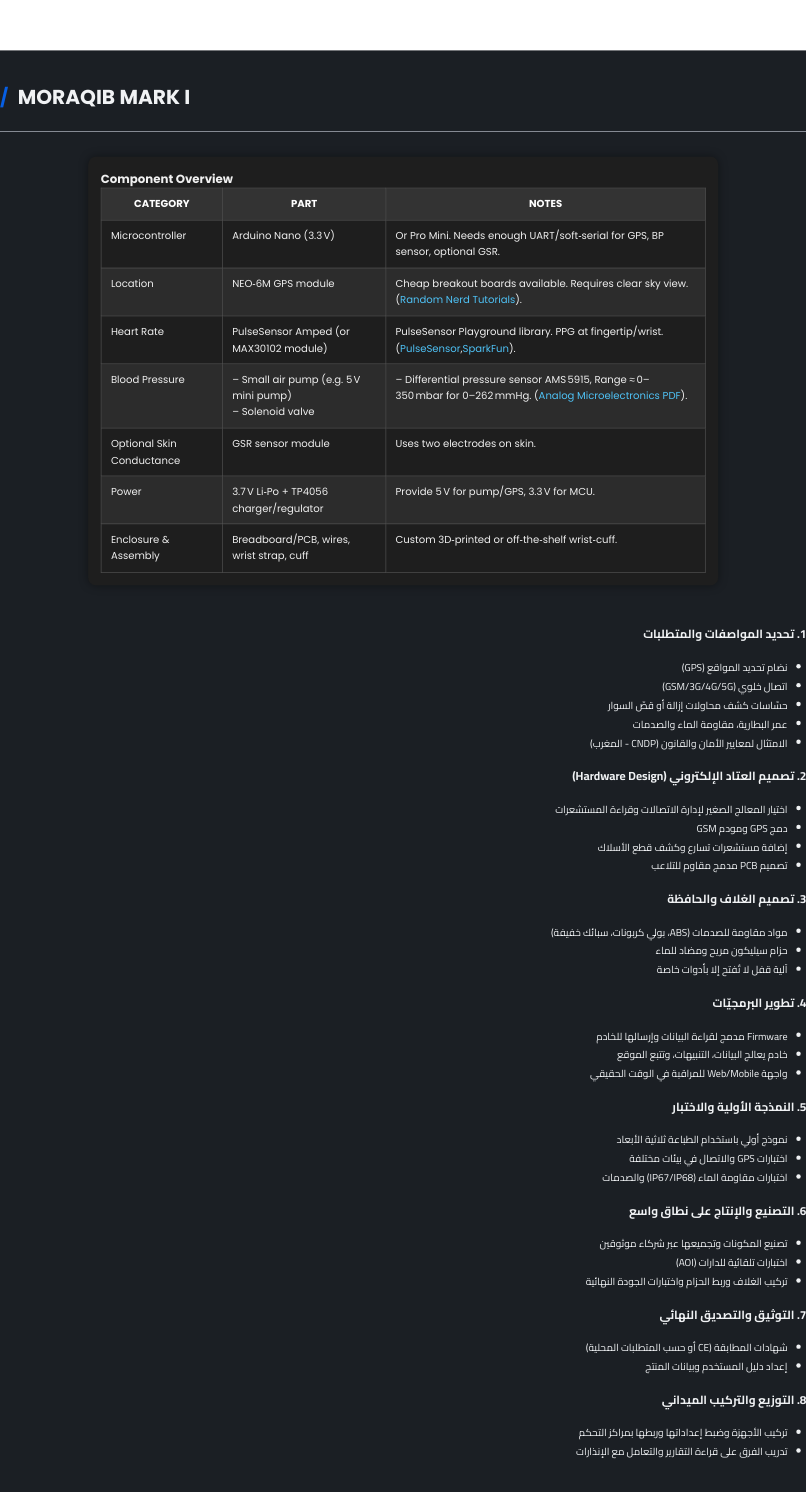
Repository: ayoubgharts/nextjs_protfolio
Page: /tutorials
The author's editor kept a copy of each file at every save. The page is drawn from the files as they stood at one save, then again after the next save.
The browser window is 1280 px wide. The pictures show the whole page, at 63% of full size.
The project was rebuilt for these pictures with package versions that can differ from the ones it lists, and the page was loaded fresh each time. The framework's server and built-in components were replaced by stand-ins that run in the browser. Also part of the build but not shown: next.config.mjs.

Above is the page before, as saved 2025-06-01 00:56:43.

### src/app/tutorials/page.jsx
// pages/tutorials.js
import Link from "next/link";
import styles from "./tutorials.module.css";

import { Container } from "react-bootstrap";

import SectionTitle from "@/components/buttons/section-title/SectionTitle";

export default function Tutorials() {
  return (
    <main className={styles.tutorials}>
      <Container>
        <SectionTitle textContent={"MORAQIB mark I"} />

<div className={styles.tableWrapper}>
      <h3>Component Overview</h3>
      <table className={styles.partsTable}>
        <thead>
          <tr>
            <th>Category</th>
            <th>Part</th>
            <th>Notes</th>
          </tr>
        </thead>
        <tbody>
          <tr>
            <td>Microcontroller</td>
            <td>Arduino Nano (3.3 V)</td>
            <td>Or Pro Mini. Needs enough UART/soft‑serial for GPS, BP sensor, optional GSR.</td>
          </tr>
          <tr>
            <td>Location</td>
            <td>NEO‑6M GPS module</td>
            <td>
              Cheap breakout boards available. Requires clear sky view.
              (<a href="https://randomnerdtutorials.com/guide-to-neo-6m-gps-module-with-arduino/?utm_source=chatgpt.com" target="_blank">Random Nerd Tutorials</a>).
            </td>
          </tr>
          <tr>
            <td>Heart Rate</td>
            <td>PulseSensor Amped (or MAX30102 module)</td>
            <td>
              PulseSensor Playground library. PPG at fingertip/wrist.
              (<a href="https://pulsesensor.com/pages/code-and-guide?utm_source=chatgpt.com" target="_blank">PulseSensor</a>,
              <a href="https://www.sparkfun.com/pulse-sensor.html?utm_source=chatgpt.com" target="_blank">SparkFun</a>).
            </td>
          </tr>
          <tr>
            <td>Blood Pressure</td>
            <td>
              – Small air pump (e.g. 5 V mini pump)<br />– Solenoid valve
            </td>
            <td>
              – Differential pressure sensor AMS 5915, Range ≈ 0–350 mbar for 0–262 mmHg.
              (<a href="https://www.analog-micro.com/products/pressure-sensors/board-mount-pressure-sensors/ams5915/ams5915-an03.pdf?utm_source=chatgpt.com" target="_blank">Analog Microelectronics PDF</a>).
            </td>
          </tr>
          <tr>
            <td>Optional Skin Conductance</td>
            <td>GSR sensor module</td>
            <td>Uses two electrodes on skin.</td>
          </tr>
          <tr>
            <td>Power</td>
            <td>3.7 V Li‑Po + TP4056 charger/regulator</td>
            <td>Provide 5 V for pump/GPS, 3.3 V for MCU.</td>
          </tr>
          <tr>
            <td>Enclosure & Assembly</td>
            <td>Breadboard/PCB, wires, wrist strap, cuff</td>
            <td>Custom 3D‑printed or off‑the‑shelf wrist‑cuff.</td>
          </tr>
        </tbody>
      </table>
    </div>

        <div className={styles.project}>
          <h3>1. تحديد المواصفات والمتطلبات</h3>
          <ul>
            <li>نضام تحديد المواقع (GPS)</li>
            <li>اتصال خلوي (GSM/3G/4G/5G)</li>
            <li>حسّاسات كشف محاولات إزالة أو قصّ السوار</li>
            <li>عمر البطارية، مقاومة الماء والصدمات</li>
            <li>الامتثال لمعايير الأمان والقانون (CNDP - المغرب)</li>
          </ul>

          <h3>2. تصميم العتاد الإلكتروني (Hardware Design)</h3>
          <ul>
            <li>اختيار المعالج الصغير لإدارة الاتصالات وقراءة المستشعرات</li>
            <li>دمج GPS ومودم GSM</li>
            <li>إضافة مستشعرات تسارع وكشف قطع الأسلاك</li>
            <li>تصميم PCB مدمج مقاوم للتلاعب</li>
          </ul>

          <h3>3. تصميم الغلاف والحافظة</h3>
          <ul>
            <li>مواد مقاومة للصدمات (ABS، بولي كربونات، سبائك خفيفة)</li>
            <li>حزام سيليكون مريح ومضاد للماء</li>
            <li>آلية قفل لا تُفتح إلا بأدوات خاصة</li>
          </ul>

          <h3>4. تطوير البرمجيّات</h3>
          <ul>
            <li>Firmware مدمج لقراءة البيانات وإرسالها للخادم</li>
            <li>خادم يعالج البيانات، التنبيهات، وتتبع الموقع</li>
            <li>واجهة Web/Mobile للمراقبة في الوقت الحقيقي</li>
          </ul>

          <h3>5. النمذجة الأولية والاختبار</h3>
          <ul>
            <li>نموذج أولي باستخدام الطباعة ثلاثية الأبعاد</li>
            <li>اختبارات GPS والاتصال في بيئات مختلفة</li>
            <li>اختبارات مقاومة الماء (IP67/IP68) والصدمات</li>
          </ul>

          <h3>6. التصنيع والإنتاج على نطاق واسع</h3>
          <ul>
            <li>تصنيع المكونات وتجميعها عبر شركاء موثوقين</li>
            <li>اختبارات تلقائية للدارات (AOI)</li>
            <li>تركيب الغلاف وربط الحزام واختبارات الجودة النهائية</li>
          </ul>

          <h3>7. التوثيق والتصديق النهائي</h3>
          <ul>
            <li>شهادات المطابقة (CE أو حسب المتطلبات المحلية)</li>
            <li>إعداد دليل المستخدم وبيانات المنتج</li>
          </ul>

          <h3>8. التوزيع والتركيب الميداني</h3>
          <ul>
            <li>تركيب الأجهزة وضبط إعداداتها وربطها بمراكز التحكم</li>
            <li>تدريب الفرق على قراءة التقارير والتعامل مع الإنذارات</li>
          </ul>

        </div>
      </Container>
    </main>
  );
}

### src/app/globals.css

/*? import google font 'Poppins' */
@import url('https://fonts.googleapis.com/css2?family=Poppins:wght@100;200;300;400;500;600;700&family=Raleway:ital,wght@0,100..900;1,100..900&display=swap');

/*? all variables */
:root {
  /*. Web colors vars */
  --dark:      #1b1f24;
  --dark-fixed:      #1b1f24;
  --dark-300:  #23282f;
  --dark-400:  #2b323b;
  --dark-300-opacity:  #23282fab;
  --dark-400-opacity:  #2b323bb0;
  --dark-300-fixed:#282c31;
  --dark-500:  #333c47;
  --dark-600:  #4d5a6a;
  --dark-700:  #778392;
  --dark-800:  #9da6b3;

  --light:     #f0f2f4;
  --light-fixed:     #f0f2f4;
  --light-300: #454649;
  --light-400: #c3cad5;
  --light-500: #8895aa;

  --primary:   #075fe4;
  --primary-dark:   #12499c;
  --primary-light:   #6b93cf;
  --success:   #11845b;
  --danger:    #c6303e;
  --danger-dark:    #992934;
  --warning:   #fd7e14;

  --purple:    #4c0bce;
  --purple-dark:    #330f7c;
  --violet:    #712cf9;
  --pink:    #f92c8c;
  --yellow:    #ffc107;
  --green:     #198754;
  --teal:      #20c997;
  --cyan:      #0dcaf0;

  /*. Mobile Var Colors */
  --mobile-dark:      #1b1f24;
  --mobile-light:     #f0f2f4;
  --mobile-dark-300:  #23282f;
  --mobile-dark-500:  #333c47;
  --mobile-dark-700:  #778392;



  /*. transitions vars */
  --trans-03: all ease .3s;
  --trans-05: all ease .5s;

  /*. border radius vars */
  --br-8: 8px;
  --br-50: 50px;

  /*. padding global default */
  --container-120: 0 120px;
  --container-60: 0 60px;
  --container-20: 0 20px;

  /*. buttons vars */
  --btn-padding: 10px 25px;
  --btn-font-size: 1.2rem;
  --btn-font-media: 0.9rem;
  --light-btn:#f0f2f4;

}


/* Light mode overrides */
.light-mode {

  /*. web switch colors */
  --dark:       #e0e3e6;
  --dark-300:  #cdd6e2;
  --dark-400:  #c7cfd8;
  --dark-300-opacity:  #b6bfccab;
  --dark-400-opacity:  #b5bfccb0;
  --dark-500:   #c2c8d3;
  --dark-600:  #4d5a6a;
  --dark-700:  #eff3f7;
  --dark-800:  #757c85;

  --light:     #1b1f24;
  --light-300: #dde1e9;
  --light-400: #c3cad5;
  --light-500: #8895aa;

  /*. mobile switch colors */
  --mobile-dark:      #f0f2f4;
  --mobile-light:     #1b1f24;
  --mobile-dark-500:  #b5bcc4;
  --mobile-dark-700:  #778392;
  --mobile-dark-300:  #e4e7ec;
}


/*? Global Styles */
*{
  font-family: "Poppins", sans-serif;
  box-sizing: border-box;
  padding: 0;
  margin: 0;
}

body {
  font-family: "Poppins", sans-serif;
  box-sizing: border-box;
  padding: 0;
  margin: 0;
}

/*? Normalise */
a, Link{
  color: var(--cyan);
  text-decoration: none !important;
}
ul{
  list-style: none;
  margin: 0;
  padding: 0;
}
ul li{
  margin: 0;
  padding: 0;
}
h1, h2, h3, h4, h5{
  margin: 0;
  padding: 0;
}

i{
  margin: 0;
  padding: 0;
}

.container{
  transition: var(--trans-03);
}

### src/app/tutorials/tutorials.module.css

/*? import google font 'Cairo' */
@import url('https://fonts.googleapis.com/css2?family=Cairo:wght@200..1000&display=swap');


.tutorials{
    margin-top: 80px;
    background: var(--dark);
    padding: 50px 0;
    transition: var(--trans-03);
    text-align: start;
    color: var(--light);
}

.button{
    outline: none;
    border: none;
    background: var(--primary);
    color: var(--light-fixed);
    width: 100%;
    padding: 15px 25px;
    border-radius: 10px;
    margin-top: 30px;
    transition: var(--trans-03);
}

.button:hover{
    background: var(--primary-dark);
}

.project{
    display: flex;
    flex-direction: column;
    width: 100%;
    direction: rtl;
}
.project h3{
    margin: 20px 0;
    font-family: "Cairo";
}
.project ul li{
    font-family: "Cairo";
    list-style-type: disc;
    margin-right: 30px;
}



.tableWrapper {
  margin: 40px auto;
  padding: 20px;
  background-color: #1e1e1e;
  border-radius: 12px;
  box-shadow: 0 0 15px rgba(0, 0, 0, 0.4);
  max-width: 1000px;
  color: #f0f0f0;
}

.partsTable {
  width: 100%;
  border-collapse: collapse;
  text-align: start;
  font-size: 16px;
  line-height: 1.6;
}

.partsTable th,
.partsTable td {
  border: 1px solid #555;
  padding: 12px 15px;
  vertical-align: top;
}

.partsTable thead th {
  background-color: #333;
  color: #fff;
  font-weight: bold;
  text-transform: uppercase;
}

.partsTable tbody tr:nth-child(even) {
  background-color: #2c2c2c;
}

.partsTable a {
  color: #4fc3f7;
  text-decoration: none;
}

.partsTable a:hover {
  text-decoration: underline;
}

### src/components/buttons/section-title/SectionTitle.jsx
import styles from './title.module.css';

export default function SectionTitle({textContent}){
    return(
        <h2 className={styles.h2}>
            {textContent}
        </h2>
    )
}

### src/components/buttons/section-title/title.module.css
.h2{
    font-size: 2rem;
    font-weight: 700;
    text-transform: uppercase;
    color: var(--light);
    width: 100%;
    border-bottom: solid 1.2px var(--light-400);
    margin-bottom: 30px;
    padding-bottom: 30px;
}

.h2::before{
    content: '/';
    color: var(--primary);
    margin-right: 15px;
    font-size: 1.8rem;
}

Loaded but not shown: src/app/layout.js (common file)

After the next save:
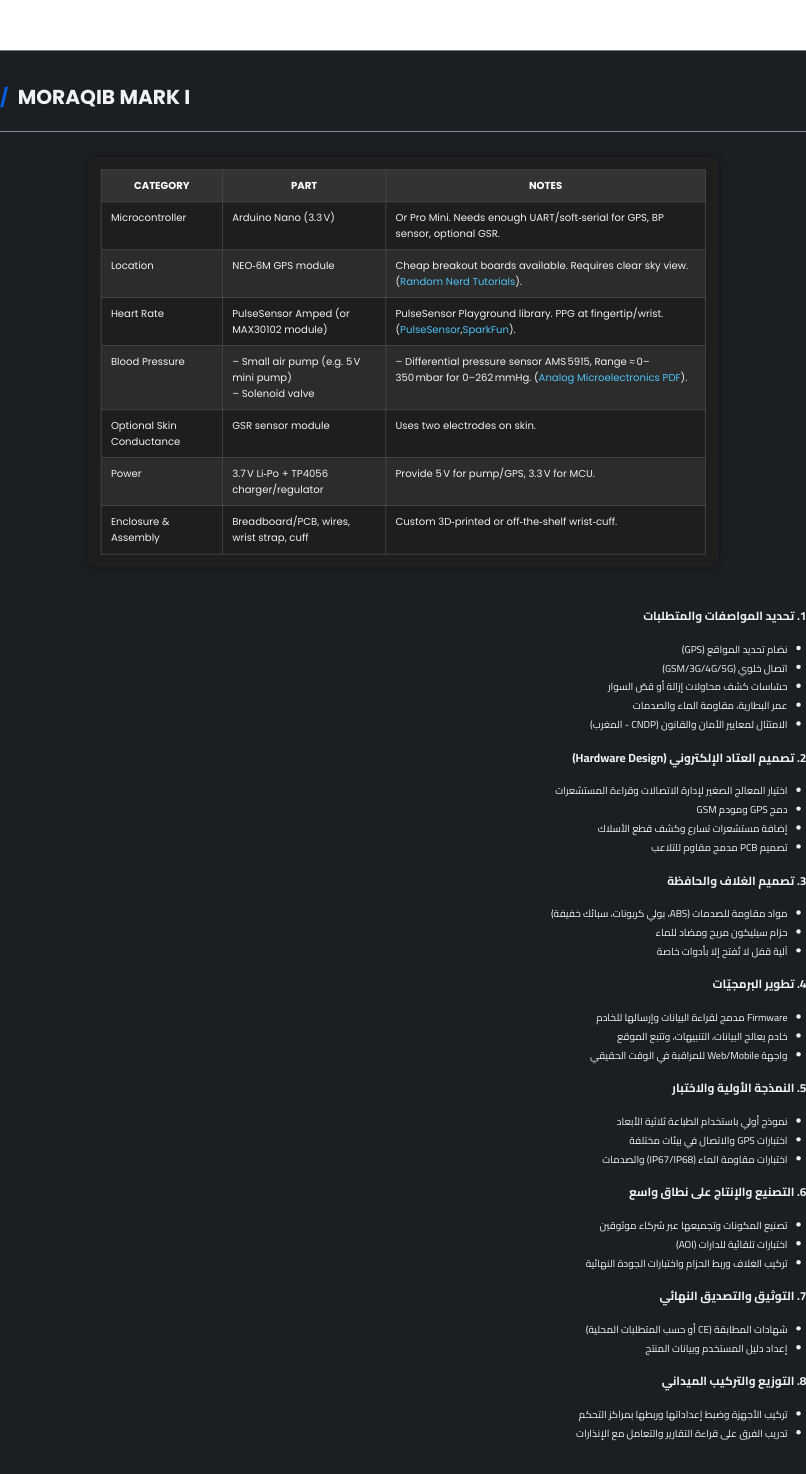
Saved 15 s later.
--- a/src/app/tutorials/page.jsx
+++ b/src/app/tutorials/page.jsx
@@ -13,7 +13,6 @@
         <SectionTitle textContent={"MORAQIB mark I"} />
 
 <div className={styles.tableWrapper}>
-      <h3>Component Overview</h3>
       <table className={styles.partsTable}>
         <thead>
           <tr>
